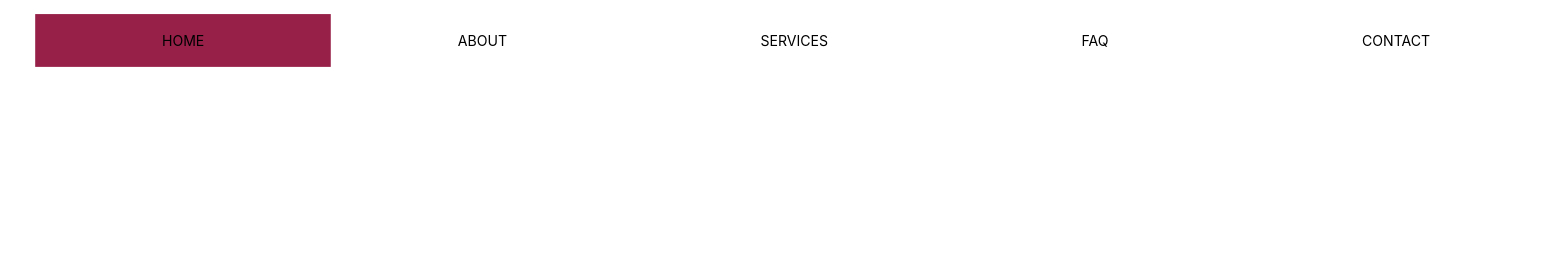
Repository: sriram1224/reactas1.github.io
Page: /
An editor plug-in stored every save of this project. The page is shown before and after the next save, followed by the edit.
The browser window is 1280 px wide. The page is 1769 px wide, so the pictures cover 1769 px, including what lies to the right of the window. The pictures show the whole page, at 88% of full size.
The project was rebuilt for these pictures with package versions that can differ from the ones it lists, and the page was loaded fresh each time.

Above is the page before, as saved 2024-03-05 07:00:50.

After the next save:
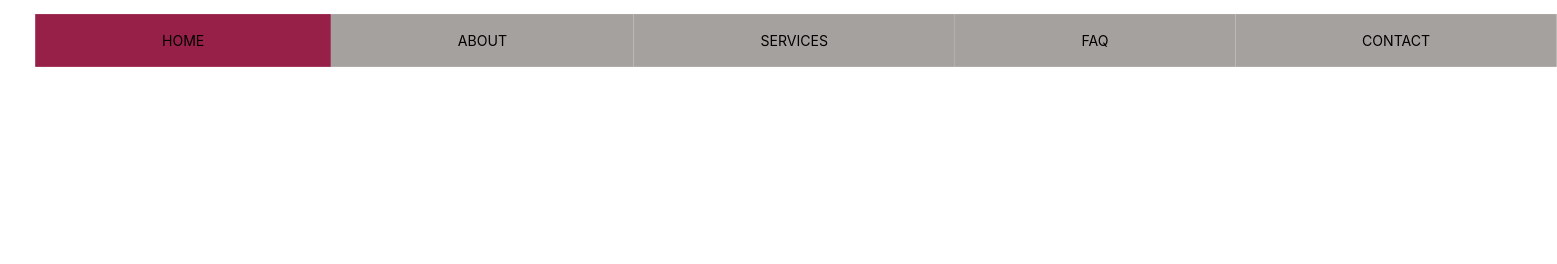
Saved 21 s later.
--- a/src/Components/Nav.css
+++ b/src/Components/Nav.css
@@ -17,7 +17,7 @@
 .Nav ul li{
     padding: 20px 9rem;
 
-    background-color: rgb(255, 255, 255);
+    background-color: rgb(165,161,158);
     text-align: center;
 }
 #first{
